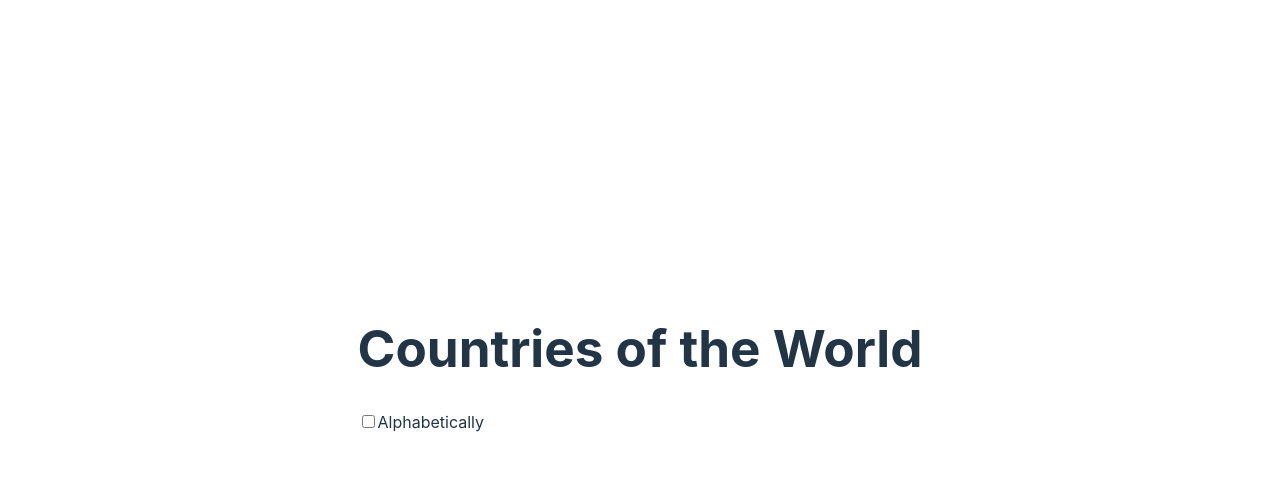
Repository: Vanessahyc/COMP3170_Lab06
Page: /
These files come from the project's save history. The page is drawn as it stood at one moment and after the next save; the edit follows.
The browser window is 1280 px wide. The pictures show the whole page.
The page's requests for data from a server got no answer. The project was rebuilt for these pictures with package versions that can differ from the ones it lists, and the page was loaded fresh each time. No one was signed in, and anything a server would have sent is missing. Also part of the build but not shown: vite.config.js, src/components/Country.jsx.

Above is the page before, as saved 2024-11-14 16:26:34.

After the next save:
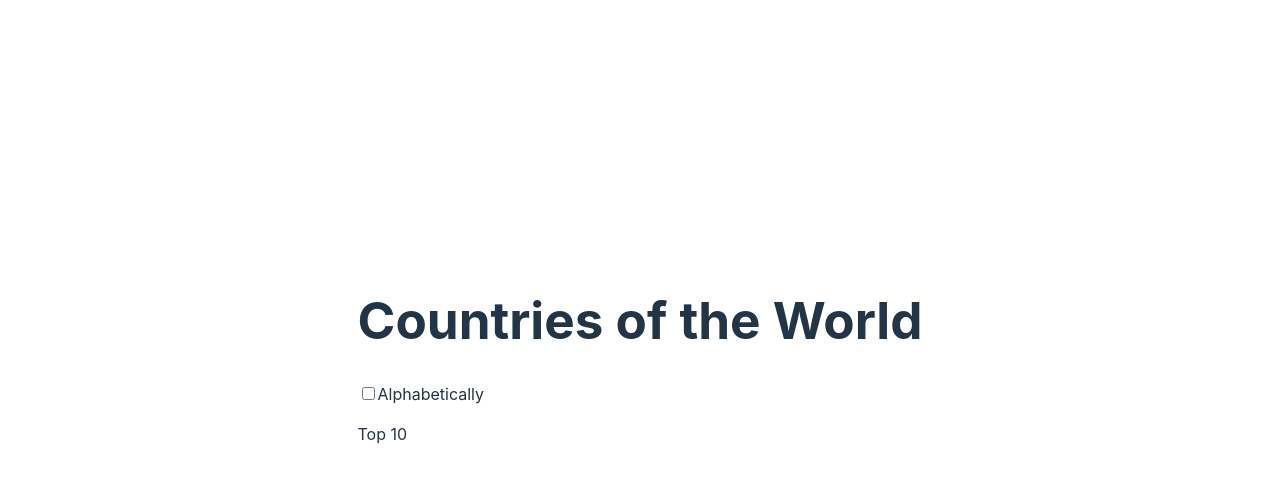
Saved 27 s later.
--- a/src/App.jsx
+++ b/src/App.jsx
@@ -27,7 +27,7 @@ function App() {
           <label>Alphabetically</label>
         </div>
         <div>
-          <label></label>
+          <p>Top 10</p>
         </div>
       </div>
       <Countries countries={countries}/>
